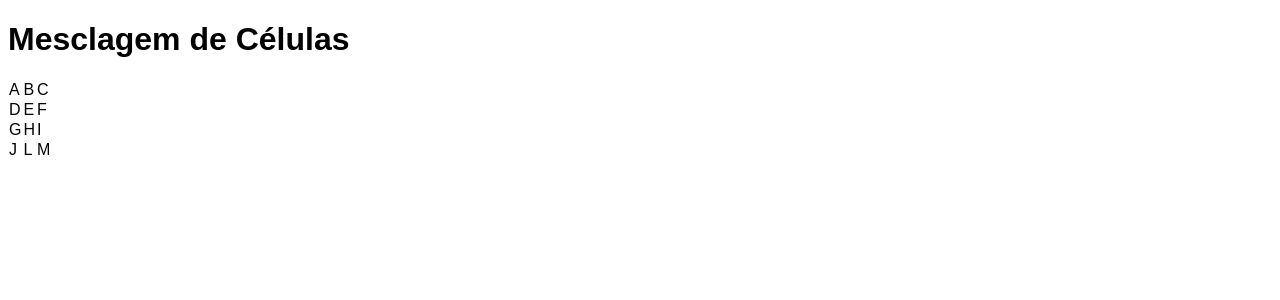
Repository: ClaytonEduard/cursoemvideo
Page: html-css/ex023/tabela003.html
The author's editor kept a copy of each file at every save. The page is drawn from the files as they stood at one save, then again after the next save.
The browser window is 1280 px wide. The pictures show the whole page.

Above is the page before, as saved 2022-12-08 16:45:54.

### html-css/ex023/tabela003.html
<!DOCTYPE html>
<html lang="pt-br">

<head>
    <meta charset="UTF-8">
    <meta http-equiv="X-UA-Compatible" content="IE=edge">
    <meta name="viewport" content="width=device-width, initial-scale=1.0">
    <title>Tabelas</title>
    <style>
        body{
            font-family: Arial, Helvetica, sans-serif;
        }
        table{
            border-collapse:collapse;
        }
        td{
            border: 1;
        }
    </style>
</head>

<body>
    <h1>Mesclagem de Células</h1>
    <table>
        <tr>
            <td>A</td>
            <td>B</td>
            <td>C</td>
        </tr>
        <tr>
            <td>D</td>
            <td>E</td>
            <td>F</td>
        </tr>
        <tr>
            <td>G</td>
            <td>H</td>
            <td>I</td>
        </tr>
        <tr>
            <td>J</td>
            <td>L</td>
            <td>M</td>
        </tr>
    </table>
</body>

</html>

After the next save:
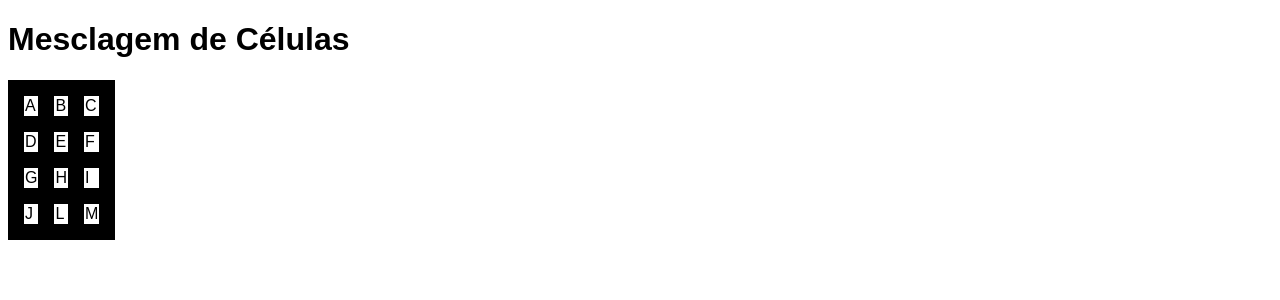
Saved 5 s later.
--- a/html-css/ex023/tabela003.html
+++ b/html-css/ex023/tabela003.html
@@ -14,7 +14,7 @@
             border-collapse:collapse;
         }
         td{
-            border: 1;
+            border: 1pc solid black;
         }
     </style>
 </head>
